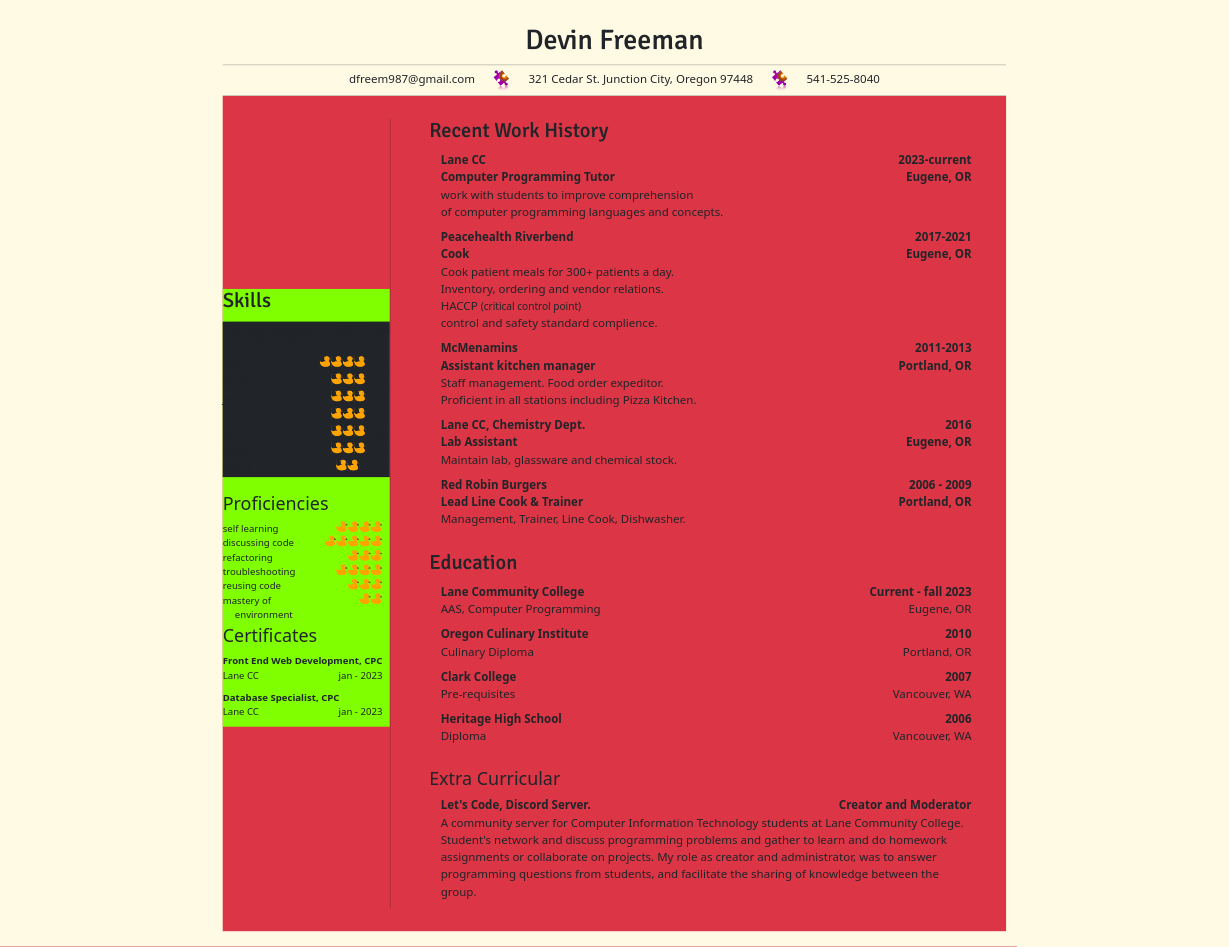
Repository: Dfreem/Resume
Page: index.html
An editor plug-in stored every save of this project. The page is shown before and after the next save, followed by the edit.
The browser window is 1280 px wide. The pictures show the whole page, at 96% of full size.

Above is the page before, as saved 2023-02-12 19:58:24.

After the next save:
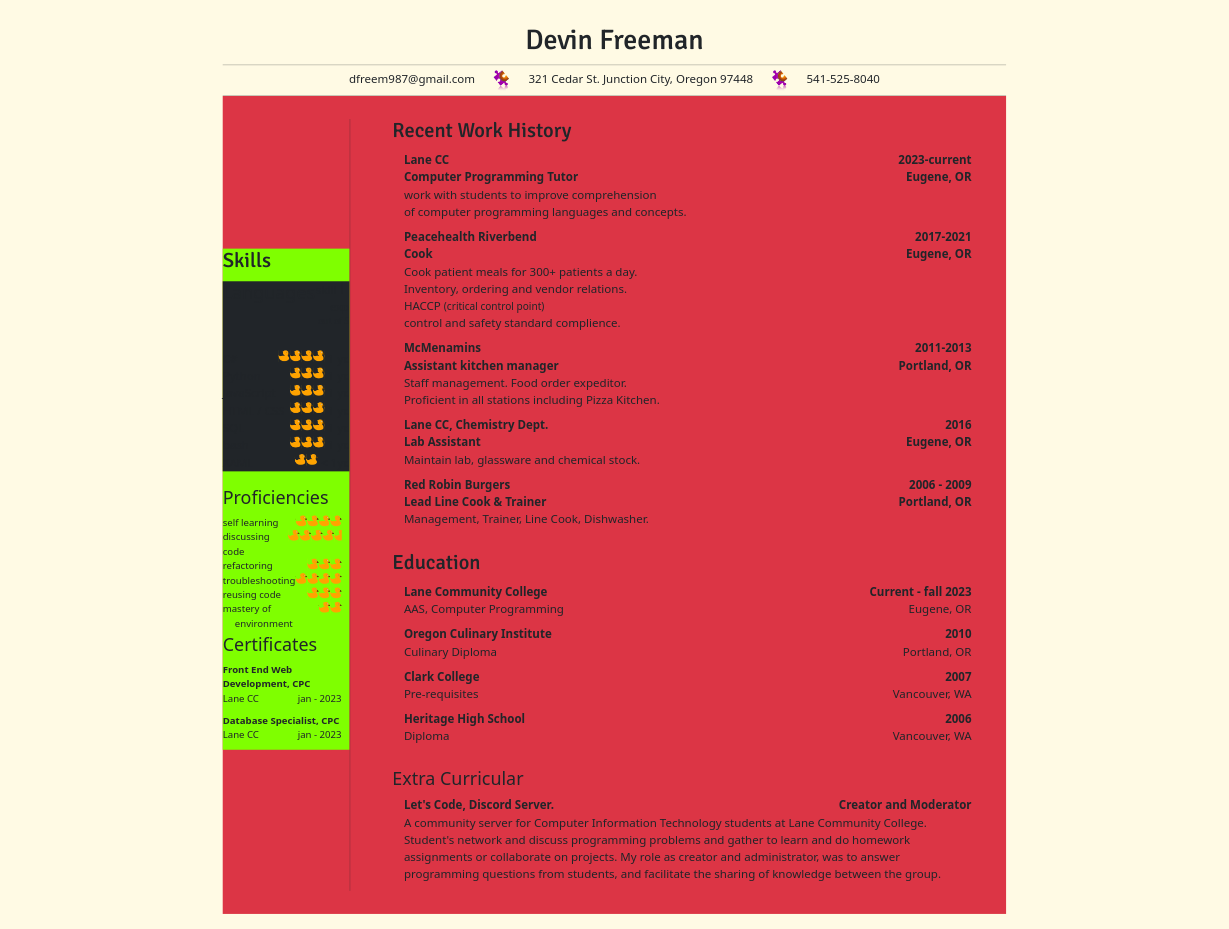
Saved 10 s later.
--- a/resume.css
+++ b/resume.css
@@ -61,9 +61,6 @@
 }
 
 .skill-stack {
-    /* display:run-in; */
-    min-width: max-content;
-
     margin-block-end: 1em;
     background-color: chartreuse;
 }
